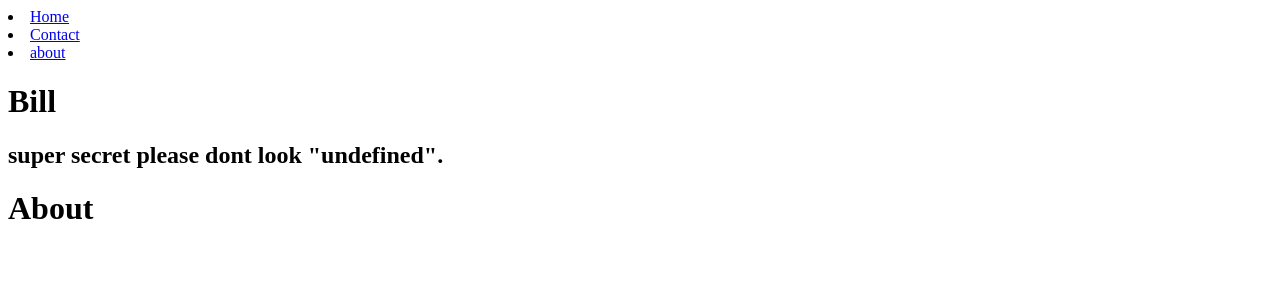
Repository: dingopes/intro-site
Page: /about
These files come from the project's save history. The page is drawn as it stood at one moment and after the next save; the edit follows.
The browser window is 1280 px wide. The pictures show the whole page.
The project was rebuilt for these pictures with package versions that can differ from the ones it lists, and the page was loaded fresh each time. The framework's server and built-in components were replaced by stand-ins that run in the browser. Also part of the build but not shown: svelte.config.js, vite.config.js.

Above is the page before, as saved 2023-11-03 14:59:08.

### src/routes/+layout.svelte
<script>
	export let data;
</script>

<nav>
	<li><a data-sveltekit-preload-data href="/">Home</a></li>
	<li><a data-sveltekit-preload-data href="contact">Contact</a></li>
	<li><a data-sveltekit-preload-data href="about">about</a></li>
</nav>
<h1>{data.name}</h1>
<main>
	<slot />
</main>

### src/routes/+layout.server.js
export function load() {
	return {
		name: 'Bill'
	};
}

### src/routes/about/+layout.svelte
<script>
	export let data;
</script>

<h2>super secret please dont look "{data.secret}".</h2>
<slot />

### src/routes/about/+layout.server.js
import { SUPER_SECRET } from '$env/static/private';

export function load() {
	return {
		secret: SUPER_SECRET
	};
}

Loaded but not shown: src/app.html (common file); src/routes/about/+page.svelte (common file)

After the next save:
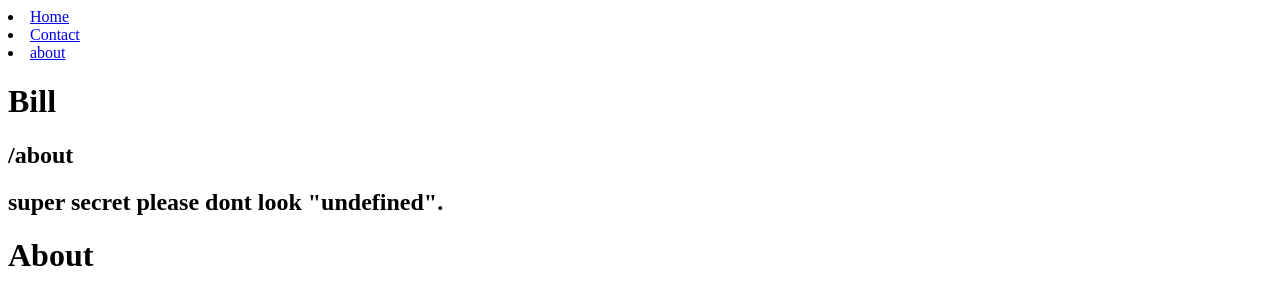
Saved 5 min 43 s later.
--- a/src/routes/+layout.svelte
+++ b/src/routes/+layout.svelte
@@ -1,4 +1,6 @@
 <script>
+	import { page } from '$app/stores';
+
 	export let data;
 </script>
 
@@ -8,6 +10,7 @@
 	<li><a data-sveltekit-preload-data href="about">about</a></li>
 </nav>
 <h1>{data.name}</h1>
+<h2>{$page.url.pathname}</h2>
 <main>
 	<slot />
 </main>
